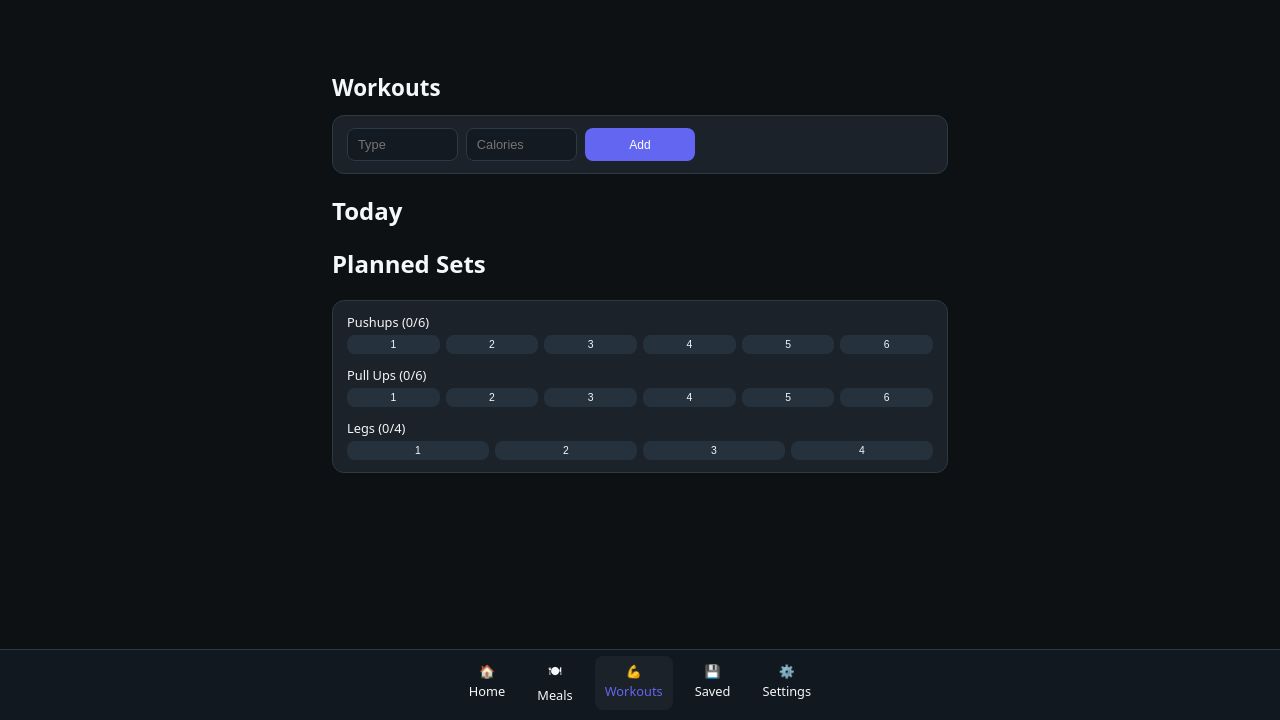
Repository: Ethxmnhz/minpline
Page: /workouts
The author's editor kept a copy of each file at every save. The page is drawn from the files as they stood at one save, then again after the next save.
The browser window is 1280 px wide. The pictures show the whole page.
The project was rebuilt for these pictures with package versions that can differ from the ones it lists, and the page was loaded fresh each time. Also part of the build but not shown: vite.config.ts, src/ui/ProgressBar.tsx, src/data/foods-indian.ts, src/services/nutritionApi.ts, src/ui/QuickFoodAdd.tsx, src/pages/Dashboard.tsx, src/pages/Meals.tsx, src/pages/SavedMeals.tsx and 2 more.

Above is the page before, as saved 2025-09-14 22:54:11.

After the next save:
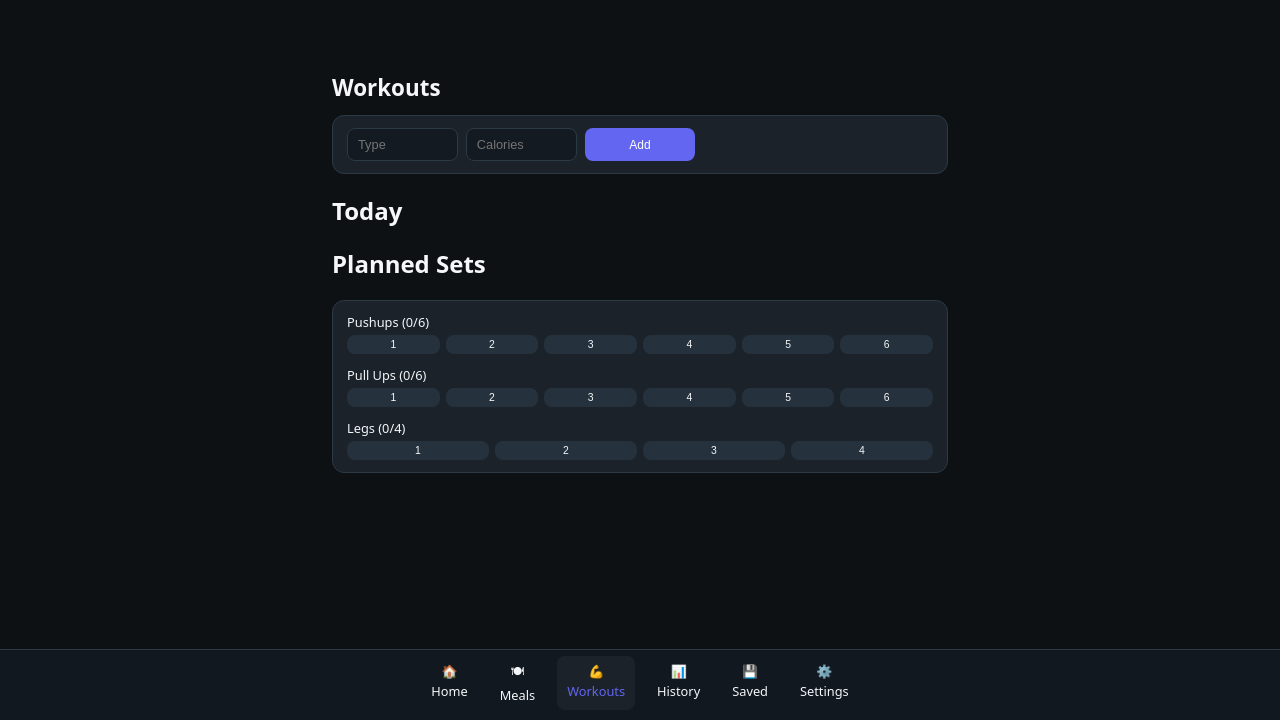
Saved 4 s later.
--- a/src/ui/NavBar.tsx
+++ b/src/ui/NavBar.tsx
@@ -7,6 +7,7 @@ export const NavBar: React.FC = () => {
       <NavLink to="/dashboard">🏠<span>Home</span></NavLink>
       <NavLink to="/meals">🍽<span>Meals</span></NavLink>
       <NavLink to="/workouts">💪<span>Workouts</span></NavLink>
+  <NavLink to="/history">📊<span>History</span></NavLink>
       <NavLink to="/saved">💾<span>Saved</span></NavLink>
       <NavLink to="/settings">⚙️<span>Settings</span></NavLink>
     </nav>
